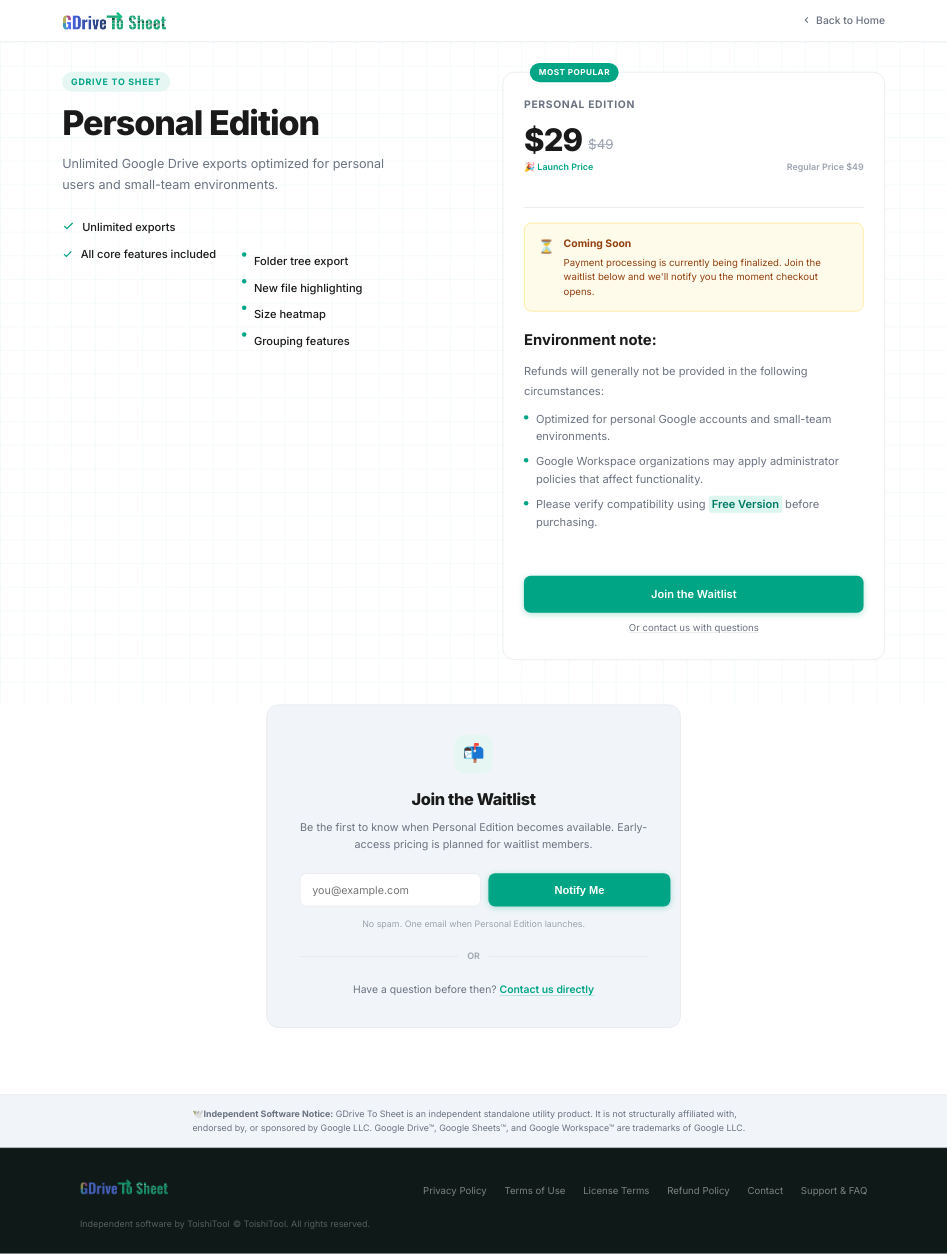
Repository: toishitool/gdrive-to-sheet
Page: personal-edition.html
The author's editor kept a copy of each file at every save. The page is drawn from the files as they stood at one save, then again after the next save.
The browser window is 1280 px wide. The pictures show the whole page, at 74% of full size.

Above is the page before, as saved 2026-06-22 14:40:38.

### personal-edition.html
<!DOCTYPE html>
<html lang="en" class="scroll-smooth">

<head>
  <meta charset="UTF-8" />
  <meta name="viewport" content="width=device-width, initial-scale=1.0" />
  <title>Personal Edition – GDrive To Sheet</title>
  <meta name="description"
    content="Unlimited Google Drive exports for individual users. Personal Edition launch pricing — coming soon." />
  <link rel="canonical" href="https://toishitool.github.io/gdrive-to-sheet/personal-edition.html" />

  <link rel="preconnect" href="https://fonts.googleapis.com" />
  <link rel="preconnect" href="https://fonts.gstatic.com" crossorigin />
  <link href="https://fonts.googleapis.com/css2?family=Inter:wght@300;400;500;600;700;800&display=swap"
    rel="stylesheet" />

  <link rel="stylesheet" href="style.css">
</head>

<body>
  <div id="header-container"></div>
  <section class="hero grid-bg" aria-label="Personal Edition">
    <div class="container">
      <div class="hero-grid">

        <div class="hero-copy">
          <span class="eyebrow">GDrive To Sheet</span>
          <h1>Personal Edition</h1>
          <p class="sub">Unlimited Google Drive exports optimized for personal users and small-team environments.</p>
          <div class="feature-container">
    <ul class="feature-list">
      <li class="feature-item">
        <svg width="17" height="17" fill="none" stroke="currentColor" stroke-width="2.5" viewBox="0 0 24 24">
          <polyline points="20 6 9 17 4 12" />
        </svg>
        <span>Unlimited exports</span>
      </li>

      <li>
        <div class="feature-item">
          <svg width="15" height="15" fill="none" stroke="var(--primary)" stroke-width="2.5" viewBox="0 0 24 24">
            <polyline points="20 6 9 17 4 12" />
          </svg>
          <span>All core features included</span>
        </div>

        <ul class="sub-feature-list">
          <li class="sub-feature-item">
            <span class="dot-icon"></span>
            <span>Folder tree export</span>
          </li>
          <li class="sub-feature-item">
            <span class="dot-icon"></span>
            <span>New file highlighting</span>
          </li>
          <li class="sub-feature-item">
            <span class="dot-icon"></span>
            <span>Size heatmap</span>
          </li>
          <li class="sub-feature-item">
            <span class="dot-icon"></span>
            <span>Grouping features</span>
          </li>
        </ul>
      </li>
    </ul>
</div>
</div>
        <div class="price-card">
          <span class="price-card-badge">Most Popular</span>
          <div class="price-name">Personal Edition</div>
          <div class="price-amount">
            <span class="price-now">$29</span>
            <span class="price-was">$49</span>
          </div>
          <div class="price-label-row">
            <span class="launch">🎉 Launch Price</span>
            <span class="regular">Regular Price $49</span>
          </div>
          <div class="price-divider"></div>

          <div class="coming-soon">
            <span class="cs-icon">⏳</span>
            <div>
              <h3>Coming Soon</h3>
              <p>Payment processing is currently being finalized. Join the waitlist below and we'll notify you the
                moment checkout opens.</p>
            </div>
          </div>

          <!-- <div class="environment-note">
            <p>
              <strong>Environment note:</strong>
              GDrive To Sheet is optimized for personal Google accounts and small-team environments.
              Google Workspace organizations may apply administrator policies that affect functionality.
              Please verify compatibility using the Free Version before purchasing.
            </p>
          </div> -->

          <div class="policy-section">
      <h2>Environment note:</h2>
      <p>Refunds will generally not be provided in the following circumstances:</p>
      <ul>
        <li>Optimized for personal Google accounts and small-team environments.</li>
        <li>Google Workspace organizations may apply administrator policies that affect functionality.</li>
        <li><div>Please verify compatibility using <a href="free-download.html" class="hover-underline bg-highlight"><strong style="color: var(--primary-dark);">Free Version</strong></a> before purchasing.</div></li>

      </ul>
    </div>

          <a href="#waitlist" class="btn btn-primary price-card-btn">Join the Waitlist</a>
          <a href="#waitlist" class="price-secondary-link">Or contact us with questions</a>
        </div>
      </div>
    </div>
  </section>

  <section class="waitlist" id="waitlist" aria-labelledby="waitlist-heading">
    <div class="container">
      <div class="waitlist-card">
        <div class="w-icon">📬</div>
        <h2 id="waitlist-heading">Join the Waitlist</h2>
        <p class="desc">Be the first to know when Personal Edition becomes available.
          Early-access pricing is planned for waitlist members.</p>

        <form class="waitlist-form" id="waitlist-form">
          <input type="email" id="waitlist-email" placeholder="you@example.com" required aria-label="Email address" />
          <button type="submit" class="btn btn-primary">Notify Me</button>
        </form>
        <div class="waitlist-success" id="waitlist-success">
          <svg width="16" height="16" fill="none" stroke="currentColor" stroke-width="2.5" viewBox="0 0 24 24">
            <polyline points="20 6 9 17 4 12" />
          </svg>
          Thanks! We'll email you when checkout opens.
        </div>
        <p class="waitlist-note">No spam. One email when Personal Edition launches.</p>

        <div class="waitlist-divider">OR</div>

        <p style="font-size:14px;color:var(--text-muted);">
          Have a question before then? <a href="mailto:toishitool@gmail.com" class="contact-link">Contact us
            directly</a>
        </p>
      </div>
    </div>
  </section>
<div class="notice-block">
            <p>🕊️<strong>Independent Software Notice:</strong> GDrive To Sheet is an independent standalone utility
              product. It is not structurally affiliated with, endorsed by, or sponsored by Google LLC. Google Drive™, Google Sheets™, and Google Workspace™ are trademarks of Google LLC.</p>
          </div>
  <div id="footer-container"></div>
  <script src="js/common.js"></script>


  <script>
    // Waitlist form — placeholder client-side handling.
    // Replace this with a real integration (e.g. Google Form, Mailchimp, Lemon Squeezy waitlist, etc).
    const form = document.getElementById('waitlist-form');
    const success = document.getElementById('waitlist-success');
    form.addEventListener('submit', function (e) {
      e.preventDefault();
      const email = document.getElementById('waitlist-email').value;
      if (!email) return;
      // TODO: send `email` to your waitlist backend/service here.
      form.classList.add('hide');
      success.classList.add('show');
    });
  </script>

</body>

</html>

### header.html
<nav aria-label="Main navigation">
  <div class="nav-inner">
    <a href="index.html" class="nav-logo">
      <img src="images/logo_gdrivetosheet.png" alt="GDrive To Sheet" />
    </a>
    <a href="index.html" class="nav-back hover-underline">
      <svg width="14" height="14" fill="none" stroke="currentColor" stroke-width="2.5" viewBox="0 0 24 24"><polyline points="15 18 9 12 15 6"/></svg>
      Back to Home
    </a>
  </div>
</nav>

### footer.html
<footer role="contentinfo" class="footer">
  <div class="container">
    <div class="footer-inner">
      <a href="index.html" class="footer-logo">
        <img src="images/logo_gdrivetosheet_dk.png" alt="GDrive To Sheet Home" />
      </a>

      <div class="footer-links">
        <a href="privacy-policy.html">Privacy Policy</a>
        <a href="terms.html">Terms of Use</a>
        <a href="license.html">License Terms</a>
        <a href="refund-policy.html">Refund Policy</a>
        <a href="contact.html">Contact</a>
        <a href="support.html">Support &amp; FAQ</a>
      </div>

      <div class="footer-bottom-text">
        <span class="footer-copy">Independent software by ToishiTool</span>
        <span class="footer-copy">
          © <span id="year"></span> ToishiTool. All rights reserved.
        </span>

        <script>
          document.getElementById("year").textContent =
            new Date().getFullYear();
        </script>
      </div>
    </div>
  </div>
</footer>

Loaded but not shown: js/common.js (40 lines, source omitted); style.css (3147 lines, source omitted)

After the next save:
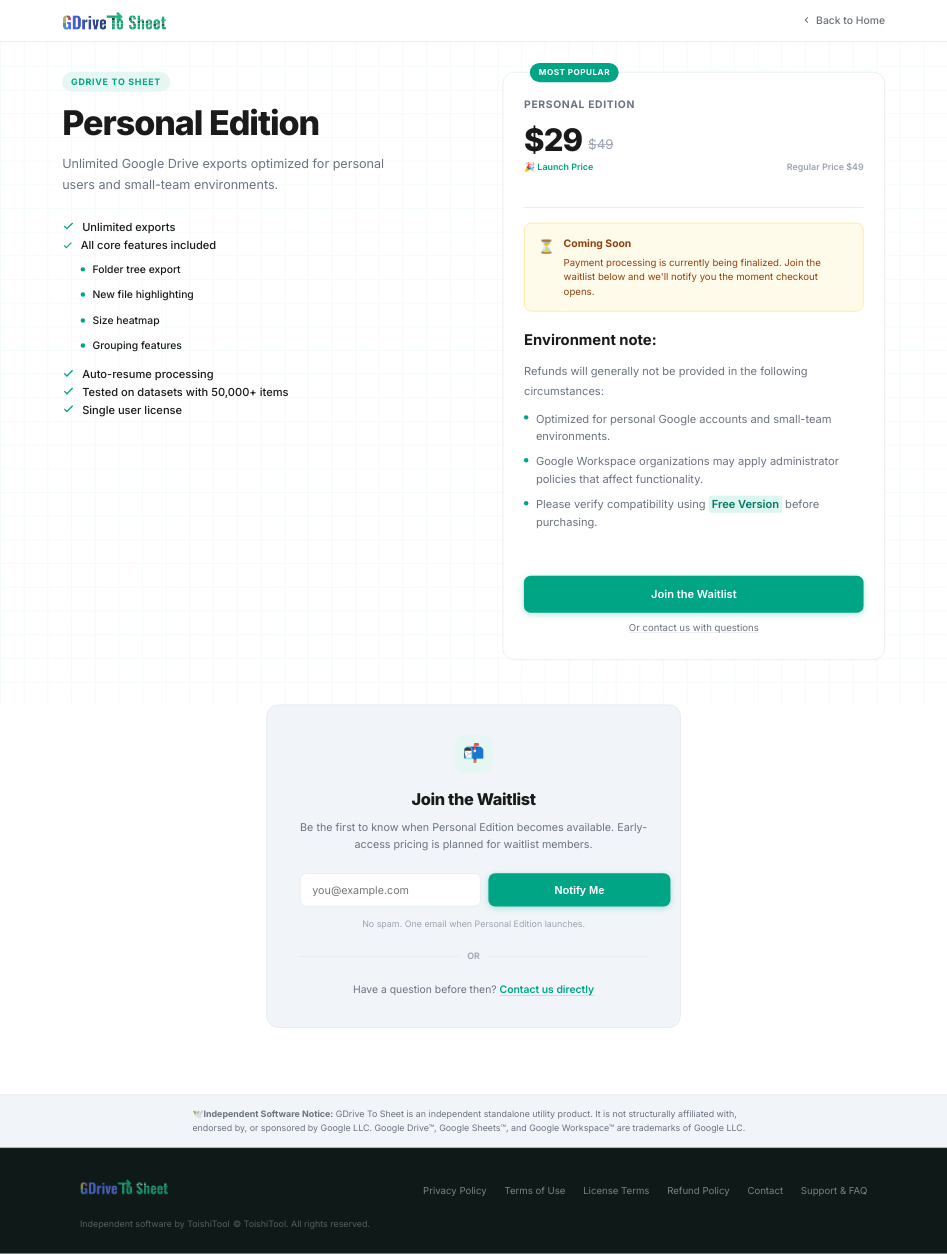
Saved 29 s later.
--- a/personal-edition.html
+++ b/personal-edition.html
@@ -28,43 +28,58 @@
           <h1>Personal Edition</h1>
           <p class="sub">Unlimited Google Drive exports optimized for personal users and small-team environments.</p>
           <div class="feature-container">
-    <ul class="feature-list">
-      <li class="feature-item">
-        <svg width="17" height="17" fill="none" stroke="currentColor" stroke-width="2.5" viewBox="0 0 24 24">
-          <polyline points="20 6 9 17 4 12" />
-        </svg>
-        <span>Unlimited exports</span>
-      </li>
+              <ul class="feature-list">
+                <li><svg width="17" height="17" fill="none" stroke="currentColor" stroke-width="2.5"
+                    viewBox="0 0 24 24">
+                    <polyline points="20 6 9 17 4 12" />
+                  </svg> Unlimited exports</li>
+                <li style="display: block;">
+                  <div style="display: flex; align-items: center; gap: 10px;">
+                    <svg width="15" height="15" fill="none" stroke="var(--primary)" stroke-width="2.5"
+                      viewBox="0 0 24 24">
+                      <polyline points="20 6 9 17 4 12" />
+                    </svg>
+                    <span>All core features included</span>
+                  </div>
+                  <ul
+                    style="list-style: none; padding-left: 25px; margin-top: 10px; margin-bottom: 16px; display: flex; flex-direction: column; gap: 12px;">
+                    <li style="display: flex; align-items: center; gap: 10px; font-size: 14px;">
+                      <span
+                        style="width: 6px; height: 6px; background-color: var(--primary); border-radius: 50%; flex-shrink: 0;"></span>
+                      <span>Folder tree export</span>
+                    </li>
+                    <li style="display: flex; align-items: center; gap: 10px; font-size: 14px;">
+                      <span
+                        style="width: 6px; height: 6px; background-color: var(--primary); border-radius: 50%; flex-shrink: 0;"></span>
+                      <span>New file highlighting</span>
+                    </li>
+                    <li style="display: flex; align-items: center; gap: 10px; font-size: 14px;">
+                      <span
+                        style="width: 6px; height: 6px; background-color: var(--primary); border-radius: 50%; flex-shrink: 0;"></span>
+                      <span>Size heatmap</span>
+                    </li>
+                    <li style="display: flex; align-items: center; gap: 10px; font-size: 14px;">
+                      <span
+                        style="width: 6px; height: 6px; background-color: var(--primary); border-radius: 50%; flex-shrink: 0;"></span>
+                      <span>Grouping features</span>
+                    </li>
+                  </ul>
+                </li>
+                <li><svg width="17" height="17" fill="none" stroke="currentColor" stroke-width="2.5"
+                    viewBox="0 0 24 24">
+                    <polyline points="20 6 9 17 4 12" />
+                  </svg> Auto-resume processing</li>
+                <li><svg width="17" height="17" fill="none" stroke="currentColor" stroke-width="2.5"
+                    viewBox="0 0 24 24">
+                    <polyline points="20 6 9 17 4 12" />
+                  </svg> Tested on datasets with 50,000+ items</li>
+                <li><svg width="17" height="17" fill="none" stroke="currentColor" stroke-width="2.5"
+                    viewBox="0 0 24 24">
+                    <polyline points="20 6 9 17 4 12" />
+                  </svg> Single user license</li>
 
-      <li>
-        <div class="feature-item">
-          <svg width="15" height="15" fill="none" stroke="var(--primary)" stroke-width="2.5" viewBox="0 0 24 24">
-            <polyline points="20 6 9 17 4 12" />
-          </svg>
-          <span>All core features included</span>
+              </ul>
         </div>
-
-        <ul class="sub-feature-list">
-          <li class="sub-feature-item">
-            <span class="dot-icon"></span>
-            <span>Folder tree export</span>
-          </li>
-          <li class="sub-feature-item">
-            <span class="dot-icon"></span>
-            <span>New file highlighting</span>
-          </li>
-          <li class="sub-feature-item">
-            <span class="dot-icon"></span>
-            <span>Size heatmap</span>
-          </li>
-          <li class="sub-feature-item">
-            <span class="dot-icon"></span>
-            <span>Grouping features</span>
-          </li>
-        </ul>
-      </li>
-    </ul>
-</div>
 </div>
         <div class="price-card">
           <span class="price-card-badge">Most Popular</span>
